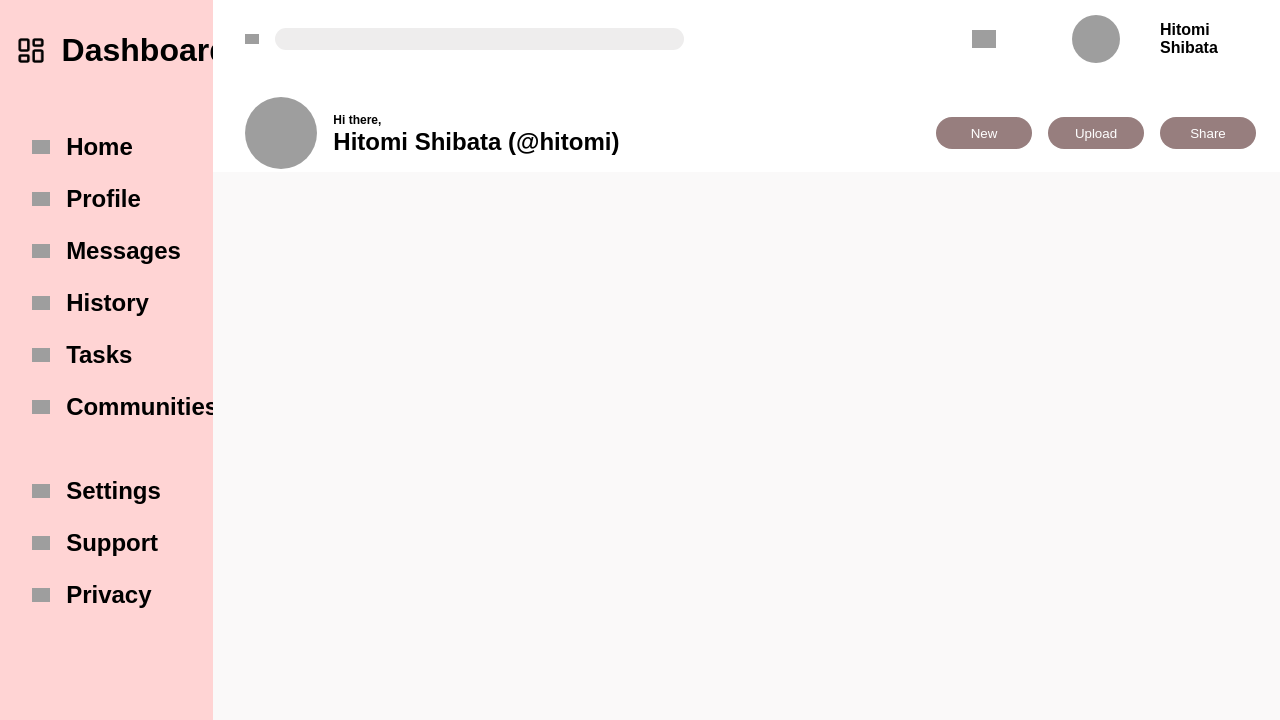
Repository: yeetzpxoci/dashboard
Page: index.html
These files come from the project's save history. The page is drawn as it stood at one moment and after the next save; the edit follows.
The browser window is 1280 px wide. The pictures show the whole page.
Pictures or frames that could not be fetched are drawn as grey boxes.

Above is the page before, as saved 2023-02-18 13:39:03.

After the next save:
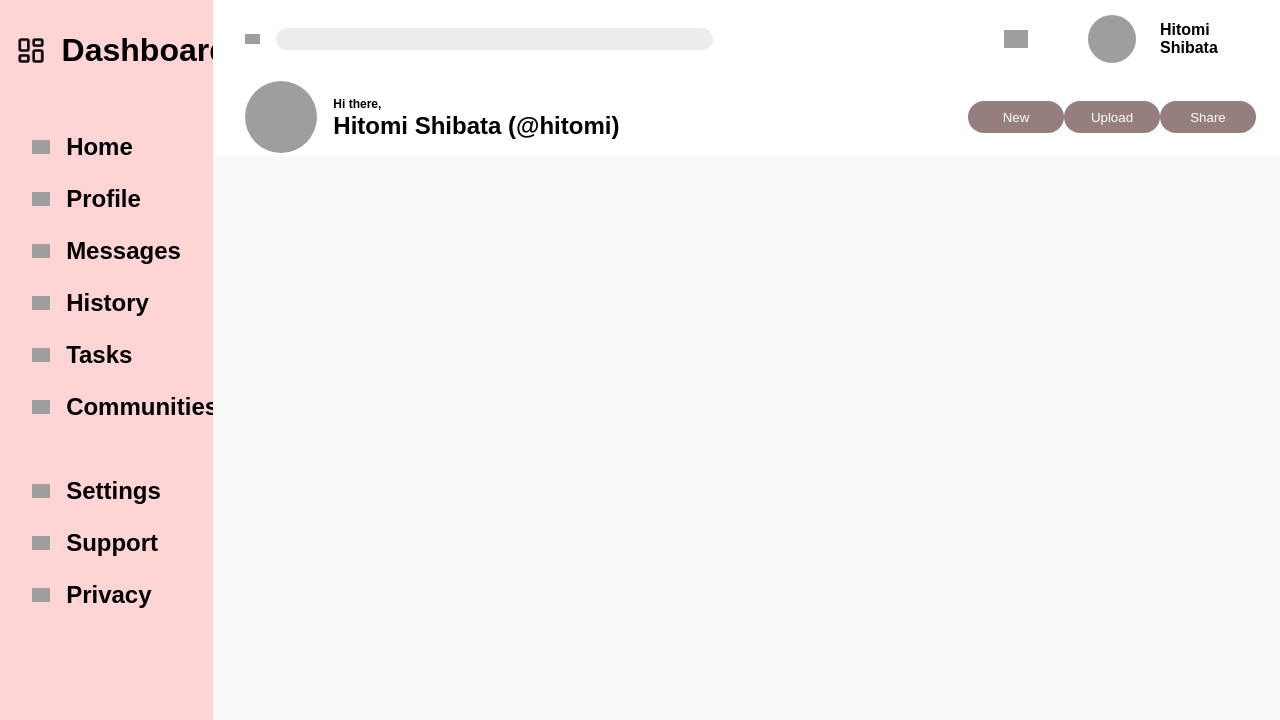
Saved 20 s later.
--- a/styles.css
+++ b/styles.css
@@ -67,7 +67,6 @@ body {
     display: grid;
     grid-template-columns: 13fr 1fr 1fr 1fr;
     grid-template-rows: 1fr 1fr;
-    gap: 16px;
     padding-right: 24px;
 }
 
